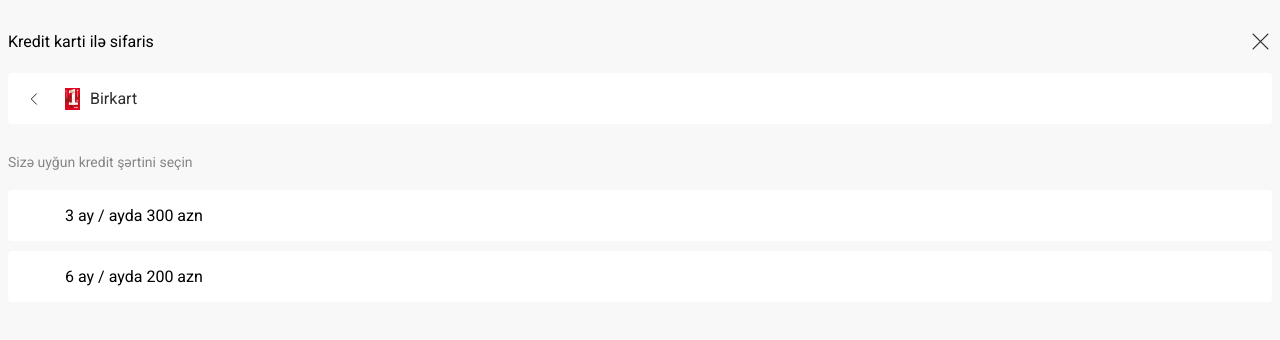
Repository: lmira7777/Carts
Page: Caravan/index.html
These files come from the project's save history. The page is drawn as it stood at one moment and after the next save; the edit follows.
The browser window is 1280 px wide. The pictures show the whole page.

Above is the page before, as saved 2024-04-25 21:52:16.

### Caravan/index.html
<!DOCTYPE html>
<html lang="en">
  <head>
    <meta charset="UTF-8" />
    <meta name="viewport" content="width=device-width, initial-scale=1.0" />
    <title>Document</title>
    <link rel="stylesheet" href="./style.css" />
  </head>
  <body>
    <div class="carts-body">
      <div class="title">Kredit karti ilə sifaris</div>
      <div class="description">Sizə uyğun kredit formasını seçin</div>
      <div class="carts"></div>
    </div>

    <div class="cart-detail">
      <div class="header">
        <span>Kredit karti ilə sifaris</span>
        <img src="./img/close.svg" />
      </div>

      <div class="cart-info">
        <img src="./img/back.svg" />
        <img src="./img/birkart.png" />
        <span>Birkart</span>
      </div>

      <div class="description">Sizə uyğun kredit şərtini seçin</div>

      <div class="month-list">
        <div class="month-list-item">
          <input type="radio" id="3month"  name="month"/>
          <label for="3month">3 ay / ayda 300 azn</label>
        </div>

        <div class="month-list-item">
          <input type="radio" id="6month"  name="month"/>
          <label for="6month">6 ay / ayda 200 azn</label>
        </div>
      </div>
    </div>

    <script src="./app.js"></script>
  </body>
</html>

### Caravan/style.css
@import url("https://fonts.googleapis.com/css2?family=Roboto:ital,wght@0,100;0,300;0,400;0,500;0,700;0,900;1,100;1,300;1,400;1,500;1,700;1,900&display=swap");
* {
  margin: 0;
  padding: 0;
  box-sizing: border-box;
  font-family: "Roboto", sans-serif;
}

body {
  background: #f8f8f8;
}
.carts-body {
  width: 100%;
  height: 100vh;
  display: flex;
  flex-direction: column;
  gap: 30px;
  padding: 30px 8px;
}
.title {
  color: #2d2d2d;
  font-size: 20px;
  font-weight: 500;
}
.description {
  color: #868686;
  font-size: 14px;
}
.carts {
  width: 100%;
  display: flex;
  flex-direction: column;
  gap: 10px;
  height: 600px;
  overflow-y: scroll;
}
.cart-item {
  width: 100%;

  flex-shrink: 0;

  height: 58px !important;
  display: flex;
  align-items: center;
  justify-content: space-between;
  background-color: #fff;
  border-radius: 4px;
  padding: 0 12px 0 20px;
}

.cart-item-left {
  display: flex;
  align-items: center;
  gap: 26px;
}

.cart-item-left > span {
  color: #2d2d2d;
  font-size: 16px;
}
.cart-detail {
  padding: 30px 8px;
  width: 100%;
  display: flex;
  flex-direction: column;
  gap: 20px;
  position: absolute;
  top: 0;
  left: 0;
  height: 100vh;
  background: #f8f8f8;
  /* display: none; */
  animation: slideIn 0.5s forwards;
}
.header {
  width: 100%;
  display: flex;
  align-items: center;
  justify-content: space-between;
}

.cart-info {
  width: 100%;
  height: 51px;
  border-radius: 4px;
  background: #fff;
  padding: 0 15px;
  display: flex;
  align-items: center;
  gap: 10px;
}
.cart-info > img:first-of-type {
  margin-right: 10px;
}

.cart-info > span {
  color: #2d2d2d;
  font-size: 16px;
}

.cart-detail > .description {
  margin-top: 10px;
}

.month-list{
    width: 100%;
    display: flex;
    flex-direction: column;
    gap: 10px;
}
.month-list label{
    width: 100%;
    height: 51px;
    border-radius: 4px;
    background: #FFF;
    display: flex;
    align-items: center;
    padding-left: 57px;

}
.month-list-item{
    width: 100%;
    height: 51px;
    position: relative;

}

.month-list-item input{
    position: absolute;
    top: 40%;
    left: 15px;
    appearance: none;

}

.month-list-item input:checked + label{
    background: #6DC360;
    color: #FFF;

}



@keyframes slideIn {
  0% {
    transform: translateX(-100%);
  }
  100% {
    transform: translateX(0);
  }
}

### Caravan/img/close.svg
<svg xmlns="http://www.w3.org/2000/svg" width="23" height="23" viewBox="0 0 23 23" fill="none">
<path d="M18.8931 4.10547L4.10742 18.8912" stroke="#2D2D2D" stroke-width="1.3" stroke-linecap="round" stroke-linejoin="round"/>
<path d="M4.10686 4.10547L18.8926 18.8912" stroke="#2D2D2D" stroke-width="1.3" stroke-linecap="round" stroke-linejoin="round"/>
</svg>

### Caravan/img/back.svg
<svg xmlns="http://www.w3.org/2000/svg" width="22" height="22" viewBox="0 0 22 22" fill="none">
<path d="M13.75 16.5L8.25 11L13.75 5.5" stroke="#2D2D2D"/>
</svg>

### Caravan/app.js
var carts = document.querySelector(".carts");

var cart = [
  {
    cartImg: "./img/birkart.png",
    cartName: "BirKart",
  },
  {
    cartImg: "./img/albali.png",
    cartName: "Albali",
  },
  {
    cartImg: "",
    cartName: "Bol kart",
  },
];

let noImgUrl = "./img/noImg.png";

cart.forEach((cartElement) => {
  carts.innerHTML += `
    <div class="cart-item">
      <div class="cart-item-left">
        <img src="${cartElement.cartImg ? cartElement.cartImg : noImgUrl}" />
        <span>${cartElement.cartName}</span>
      </div>
      <div class="cart-item-right">
        <img src="./img/arrow.svg"/>
      </div>
    </div>
    `;




});

### Caravan/img/arrow.svg
<svg xmlns="http://www.w3.org/2000/svg" width="22" height="22" viewBox="0 0 22 22" fill="none">
<path d="M8.25 5.5L13.75 11L8.25 16.5" stroke="#2D2D2D"/>
</svg>

After the next save:
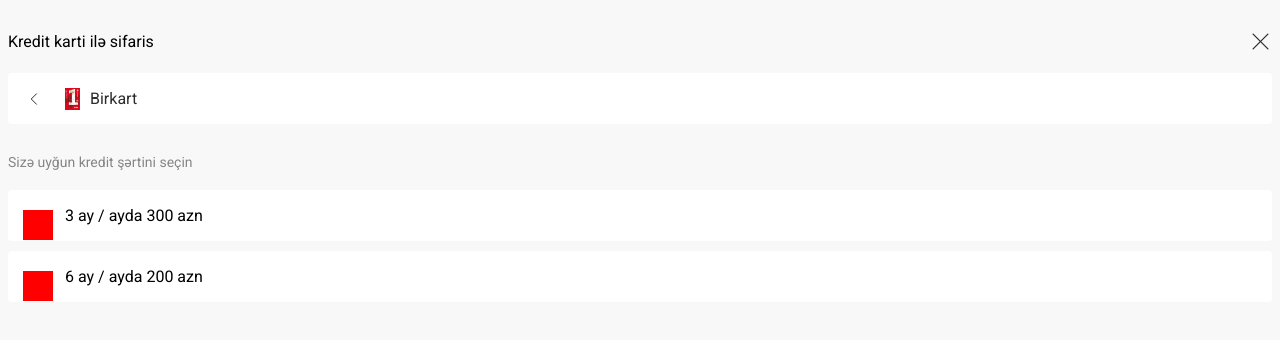
Saved 12 s later.
--- a/Caravan/style.css
+++ b/Caravan/style.css
@@ -130,6 +130,9 @@
     top: 40%;
     left: 15px;
     appearance: none;
+    width: 30px;
+    height: 30px;
+    background-color: red;
 
 }
 

After the save that followed:
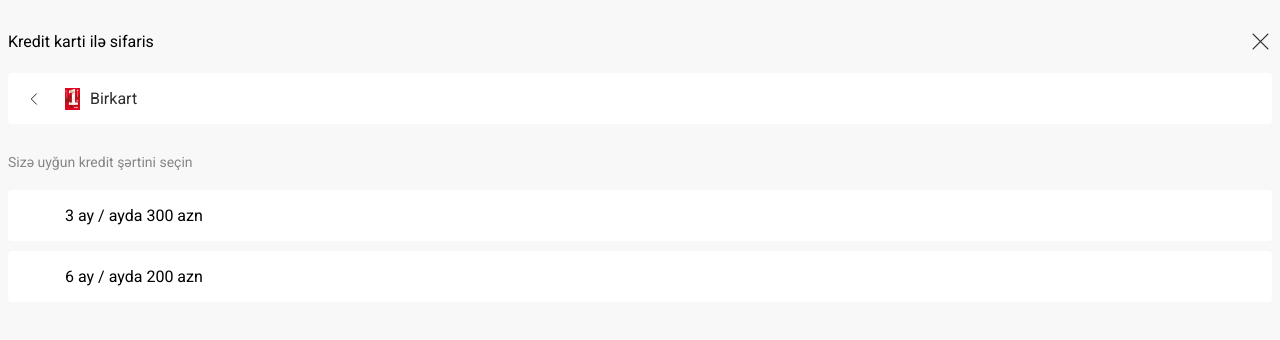
Saved 11 s later.
--- a/Caravan/style.css
+++ b/Caravan/style.css
@@ -132,7 +132,7 @@
     appearance: none;
     width: 30px;
     height: 30px;
-    background-color: red;
+
 
 }
 
